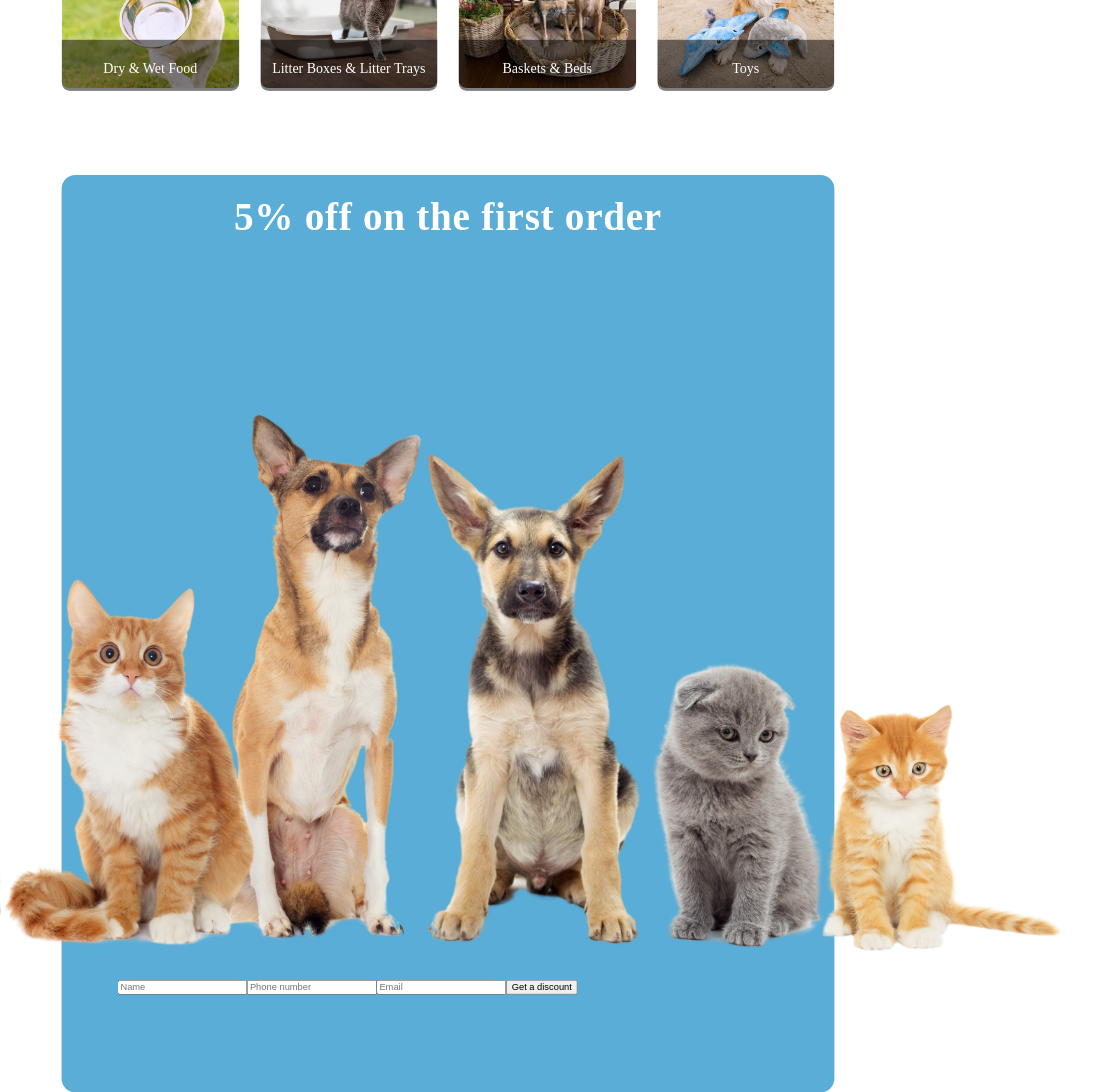
Repository: JuliiaJuliia/pet-shop-frontend
Page: / (app in pet-shop-frontend/)
The author's editor kept a copy of each file at every save. The page is drawn from the files as they stood at one save, then again after a run of saves.
The browser window is 1280 px wide. The page is 1600 px wide, so the pictures cover 1600 px, including what lies to the right of the window. The pictures show the part of the page from y = 917 to 2477 px (the page is 3082 px tall), at 70% of full size.
The project was rebuilt for these pictures with package versions that can differ from the ones it lists, and the page was loaded fresh each time. Also part of the build but not shown: pet-shop-frontend/vite.config.js, pet-shop-frontend/src/pages/CheckoutPage.jsx, pet-shop-frontend/src/api/axios.js, pet-shop-frontend/src/components/ProductList.jsx.

Above is the page before, as saved 2025-11-06 20:59:39.

After the next 5 saves:
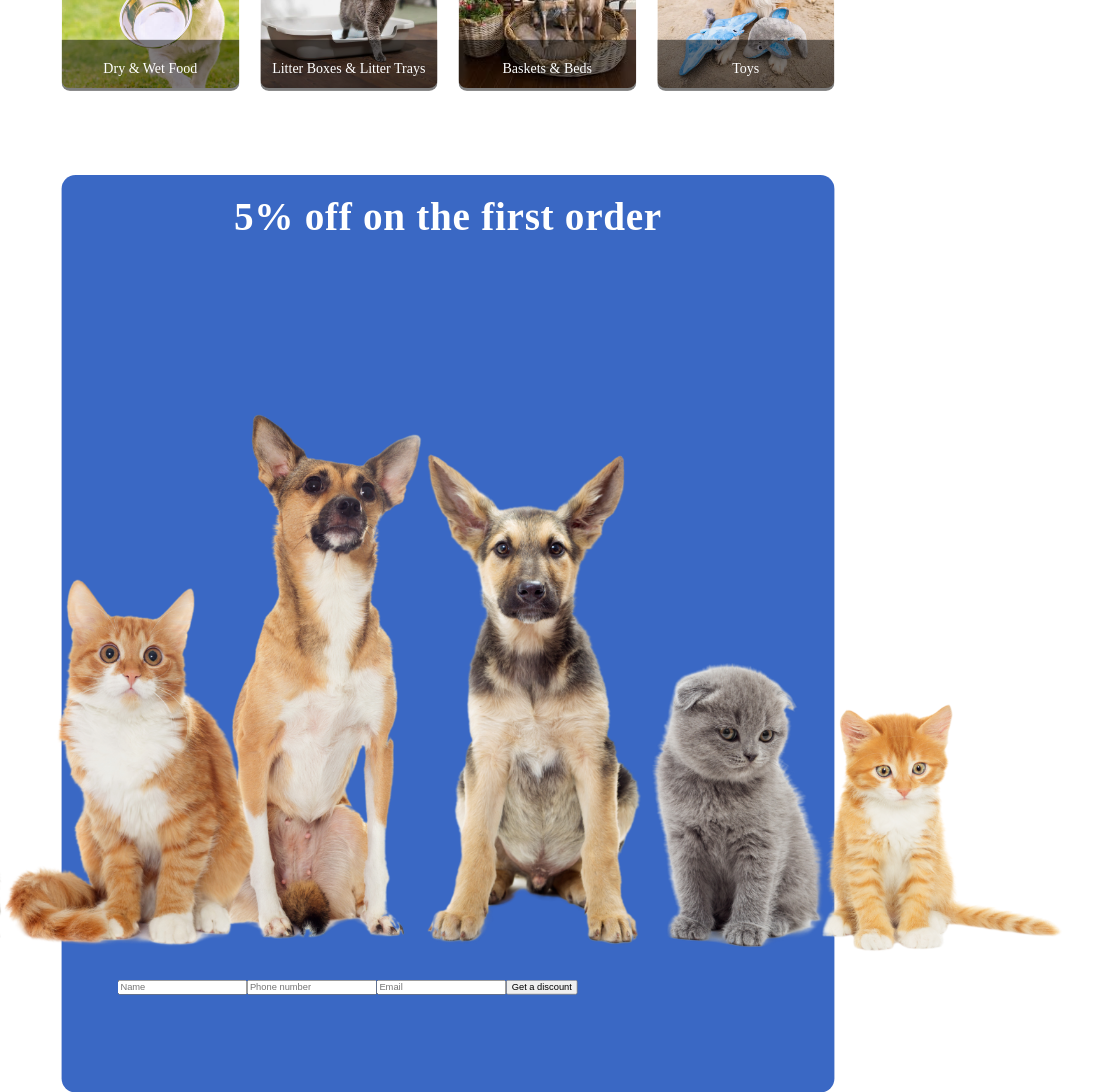
The 5 saves are shown as one change because they came seconds apart.
The last was saved 10 s later.
--- a/pet-shop-frontend/src/components/DiscountBanner.css
+++ b/pet-shop-frontend/src/components/DiscountBanner.css
@@ -1,6 +1,6 @@
 /* контейнер банера */
 .discount-banner {
-  background-color: #2592c9c0;
+  background-color: #1d52bcde;
   color: #fff;
   border-radius: 20px;
   margin: 60px 80px;
